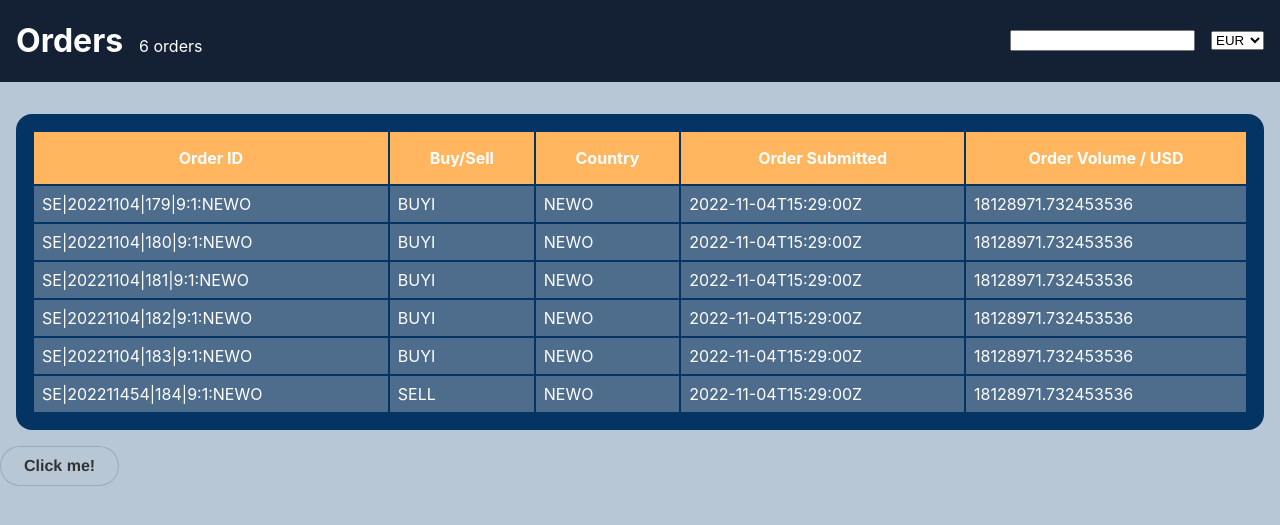
Repository: PreetiToppo/Assignment_Question_1
Page: /
These files come from the project's save history. The page is drawn as it stood at one moment and after the next save; the edit follows.
The browser window is 1280 px wide. The pictures show the whole page.
The project was rebuilt for these pictures with package versions that can differ from the ones it lists, and the page was loaded fresh each time. Also part of the build but not shown: src/component/card/Card.module.css, src/component/card/Card.jsx.

Above is the page before, as saved 2023-08-06 13:14:27.

After the next save:
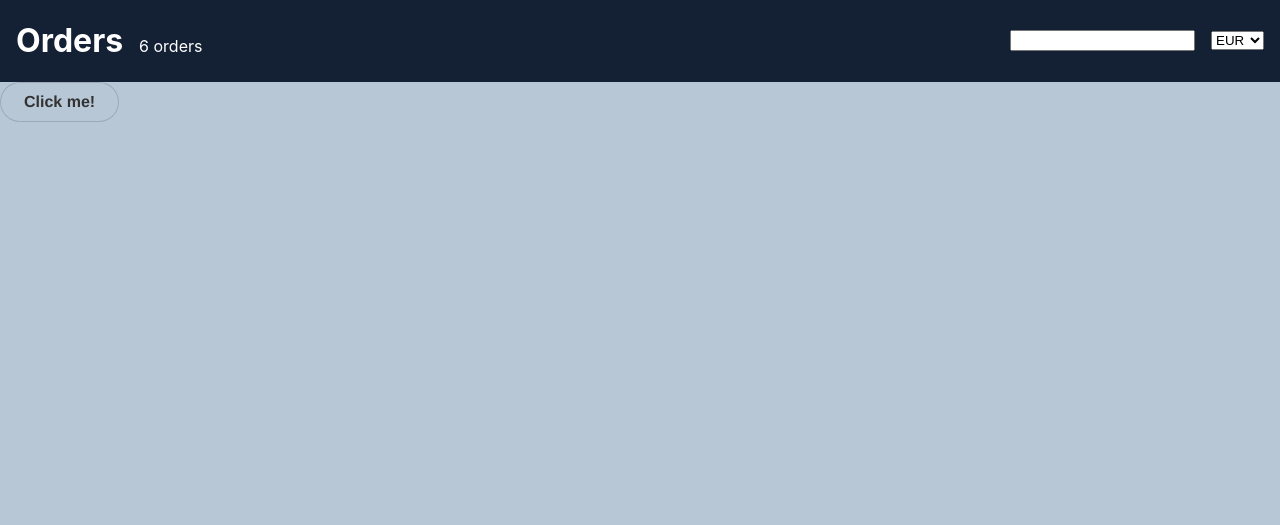
Saved 6 min 48 s later.
--- a/src/pages/Dashboard.jsx
+++ b/src/pages/Dashboard.jsx
@@ -21,6 +21,7 @@ const Dashboard = () => {
   const [selectedOrder, setSelectedOrder] = useState(null);
   const [selectedOrderDetails, setSelectedOrderDetails] = useState({});
   const [selectedOrderTimeStamps, setSelectedOrderTimeStamps] = useState({});
+  const [showPage, setShowPage] = useState(false);
 
   const mergedData = mockData.results.map((order, index) => {
     const timestampsData = timestamps.results[index]?.timestamps;
@@ -47,6 +48,7 @@ const Dashboard = () => {
 
   const messageComponent = () => {
     alert("Hello World!");
+    setShowPage(!showPage);
   };
 
   return (
@@ -99,28 +101,31 @@ const Dashboard = () => {
           />
         </div>
       </div>
-      <div className={styles.content}>
-        <div className={styles.section}>
-          {selectedOrder && (
-            <>
-              <Card
-                cardData={selectedOrderDetails}
-                title="Selected Order Details"
-              />
-              <Card
-                cardData={selectedOrderTimeStamps}
-                title="Selected Order Timestamps"
-              />
-            </>
-          )}
+      {showPage && (
+        <div className={styles.content}>
+          <div className={styles.section}>
+            {selectedOrder && (
+              <>
+                <Card
+                  cardData={selectedOrderDetails}
+                  title="Selected Order Details"
+                />
+                <Card
+                  cardData={selectedOrderTimeStamps}
+                  title="Selected Order Timestamps"
+                />
+              </>
+            )}
+          </div>
+          <List
+            rows={mergedData}
+            currency={currency}
+            search={searchText}
+            onItemClick={handleClick}
+          />
         </div>
-        <List
-          rows={mergedData}
-          currency={currency}
-          search={searchText}
-          onItemClick={handleClick}
-        />
-      </div>
+      )}
+
       <StoryBookButton
         primary={false}
         size="large"
